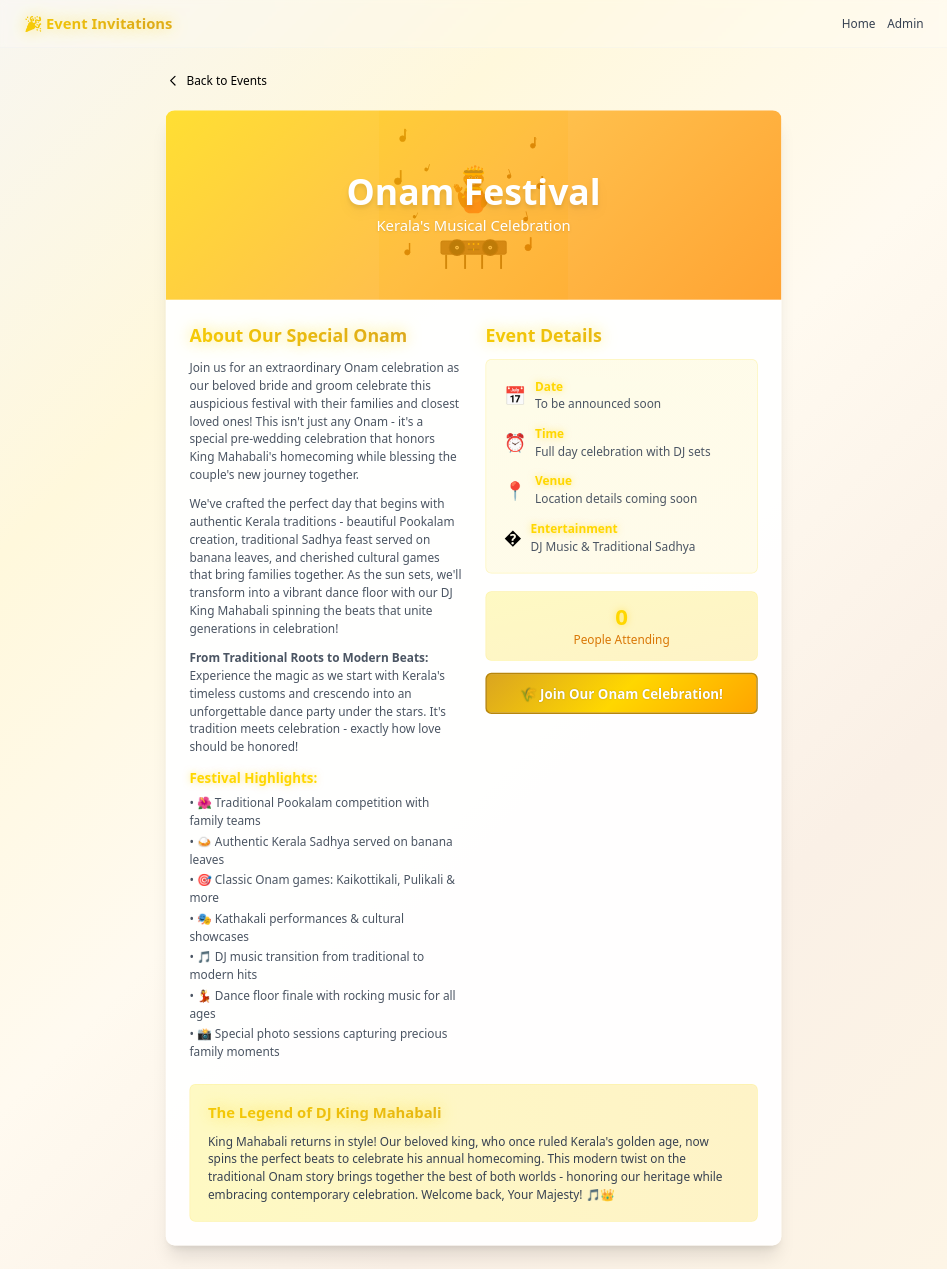
Repository: nanduldas/invitation
Page: http://localhost/event/onam
An editor plug-in stored every save of this project. The page is shown before and after the next save, followed by the edit.
The browser window is 1280 px wide. The pictures show the whole page, at 74% of full size.
Some web libraries are served in a nearby version. The page is served by the project's Laravel application, run on PHP 8.4 with Laravel 12. Queries for data that is not in the repository find no rows.

Above is the page before, as saved 2025-08-30 13:53:53.

After the next save:
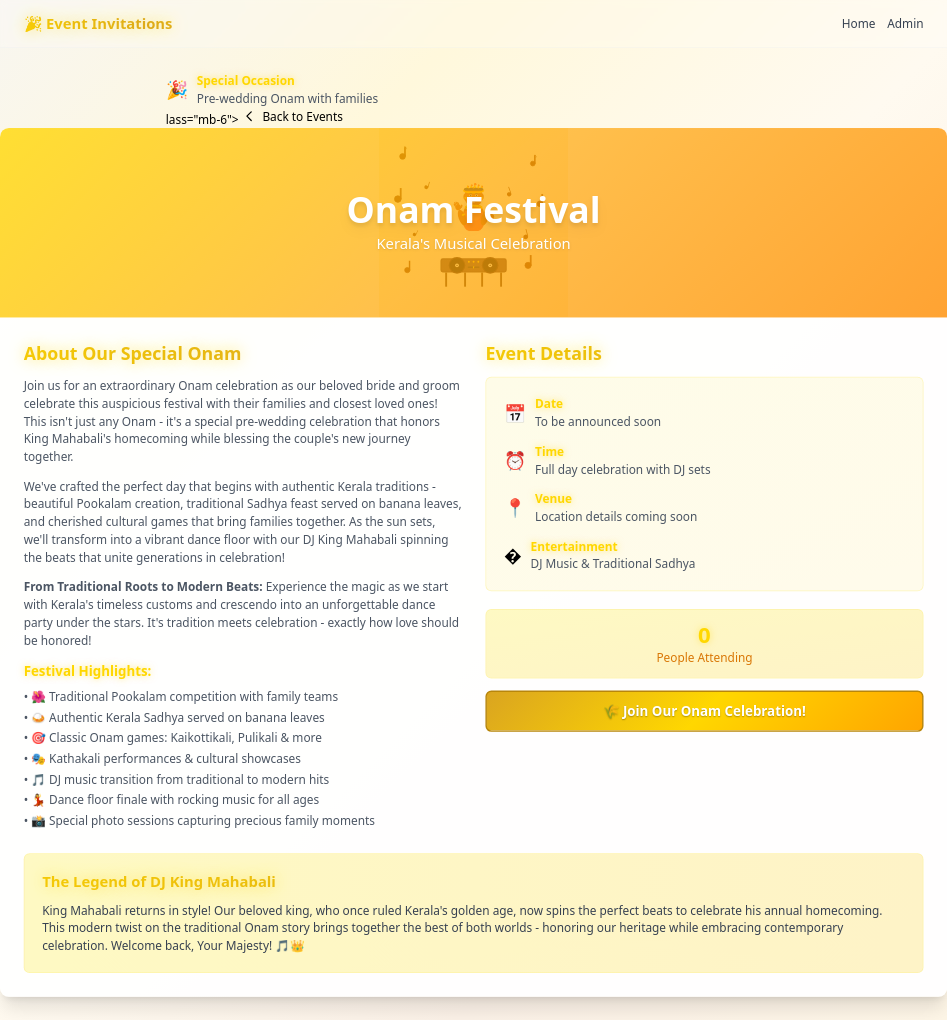
Saved 46 s later.
--- a/resources/views/events/show.blade.php
+++ b/resources/views/events/show.blade.php
@@ -5,7 +5,13 @@
 @section('content')
 <div class="max-w-4xl mx-auto px-4 sm:px-6 lg:px-8">
     <!-- Back Button -->
-    <div class="mb-6">
+                               <div class="flex items-center">
+                                <span class="text-2xl mr-3">🎉</span>
+                                <div>
+                                    <div class="font-semibold text-gold">Special Occasion</div>
+                                    <div class="text-gray-600">Pre-wedding Onam with families</div>
+                                </div>
+                            </div>lass="mb-6">
         <a href="{{ route('home') }}" class="inline-flex items-center text-black hover:text-white transition-colors">
             <svg class="w-5 h-5 mr-2" fill="none" stroke="currentColor" viewBox="0 0 24 24">
                 <path stroke-linecap="round" stroke-linejoin="round" stroke-width="2" d="M15 19l-7-7 7-7"></path>
